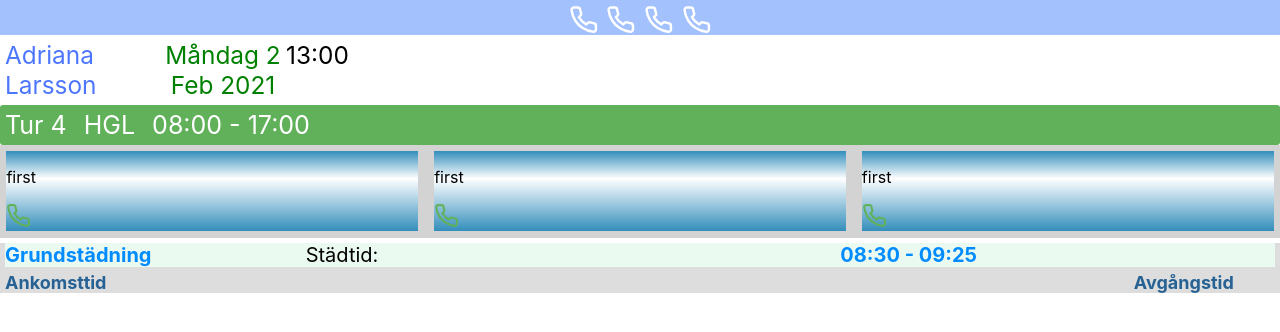
Repository: AdrianaLarsson/learning-react-adriana
Page: /
The author's editor kept a copy of each file at every save. The page is drawn from the files as they stood at one save, then again after a run of saves.
The browser window is 1280 px wide. The pictures show the whole page.
The project was rebuilt for these pictures with package versions that can differ from the ones it lists, and the page was loaded fresh each time. Also part of the build but not shown: src/components/pixiLearn/pixi-learning.js, src/components/pixiLearn/reactTimline/timelinegant.js.

Above is the page before, as saved 2021-02-18 09:13:44.

### src/App.js
import './App.css';
import PixiLearning from './components/pixiLearn/pixi-learning'
import TimeLineGant from './components/pixiLearn/reactTimline/timelinegant'
import SjWaypoint from './components/pixiLearn/waypoint-mobile/sjwaypiont'

function App() {
  return (
    <div className="App">
      <header className="App-header">
       {/*  <TimeLineGant/> */}

           {/*   <PixiLearning/> */}
           <SjWaypoint/>
      </header>
    </div>
  );
}

export default App;

### src/App.css


.navbar {
  background-color: #a2c1fd;
  height: 30px;
  padding-top: 5px;
  display: flex;
  flex-direction: column;
  align-items: center;
  font-size: calc(15px + 2vmin);
  color: white;
}
.box{
  background-color: #ffffff;
  height: 30px;
  padding-top: 5px;
  display: flex;
  flex-direction: column;
  align-items: center;
  font-size: calc(10px + 2vmin);
  color: rgb(0, 0, 0);
  display: inline;
  flex-direction: row;
}
.name{
  margin: 5px;
  text-align: start;
  display: inline-flex;
  color: rgb(77, 118, 255);
  width: 150px;
}
.date{
  padding: 3px;
  text-align: center;
  display: inline-flex;
  color: green;
  width: 120px;

}
.time{
  text-align: end;
  display: inline-block;
  color: black;
}
.nameonteam{
  display: inline;
  margin: 5px;
}

.teamname{
background-color: #61b15a;
color: white;
font-size: 25px;
border-radius: 3px;
}
.workposition{
  display: inline-flex;
  text-align: center;
  margin: 5px;

}
.timeteam{
  display: inline;
  margin: 5px;
  text-align: end;
}

.phone{
color: #61b15a;
  font-size: 25px;
}

.traininfo{
  background-color: rgb(221, 221, 221);
}
.activity{
  display: flex;
  border-width: 10ch;
  border-color: #61b15a;
  font-size: 20px;
  margin: 5px;
  color: rgb(0, 140, 255);
  background-color: rgb(235, 250, 240);

}

.activityname{
  text-align: start;
  font-weight: bold;
}
.cleantime{
  display: inline-block;
  width: 30%;
  text-align: center;
  color: black;
}
.cleantimestartend{
  display: inline-block;
  width: 35%;
  text-align: end;
  color: rgb(0, 140, 255);
  font-weight: bold;
}
.arrivaltime{
  display: inline-block;
  width: 48%;
  margin-left: 5px;
  text-align: start;
  color: rgb(38, 98, 148);
  font-weight: bold;
  font-size: 18px;

}
.departuretime{
  display: inline-block;
  width: 48%;
  text-align: end;
  color: rgb(38, 98, 148);
  font-weight: bold;
  font-size: 18px;

}

/* .App {
  text-align: center;
}

.App-logo {
  height: 40vmin;
  pointer-events: none;
}

@media (prefers-reduced-motion: no-preference) {
  .App-logo {
    animation: App-logo-spin infinite 20s linear;
  }
}

.App-header {
  background-color: #282c34;
  min-height: 100vh;
  display: flex;
  flex-direction: column;
  align-items: center;
  justify-content: center;
  font-size: calc(10px + 2vmin);
  color: white;
}

.App-link {
  color: #61dafb;
}

@keyframes App-logo-spin {
  from {
    transform: rotate(0deg);
  }
  to {
    transform: rotate(360deg);
  }
}
 */

### src/components/pixiLearn/waypoint-mobile/sjwaypiont.js
import React from 'react'
import Navbaren from './navbaren'
import BoxNameDayTime from './box-name-day-time'
import TeamName from './teamname'
import Perosnal from './perosnal'
import Traininfo from './trainsinfo'

function sjwaypiont() {
    return (
        <div>
          <Navbaren/>
            <BoxNameDayTime/>
            <TeamName/>
            <Perosnal/>
            <Traininfo/>
        </div>
    )
}

export default sjwaypiont

### src/components/pixiLearn/waypoint-mobile/navbaren.js
import React from 'react'
import { FiPhone } from "react-icons/fi";


function navbaren() {
    return (
      <div className="navbar">
          <div className="navbar-container container">
           <FiPhone /> <FiPhone /> <FiPhone /> <FiPhone />
          </div>

      </div>
    )
}

export default navbaren

### src/components/pixiLearn/waypoint-mobile/box-name-day-time.js
import React from 'react'
import Container from "react-bootstrap/Container";
import Row from "react-bootstrap/Row";
import Col from "react-bootstrap/Col"

function boxNameDayTime() {
    return (
<Container className="box">
  <Row>
    <Col className="name">Adriana Larsson </Col>
    <Col className="date"> Måndag 2 Feb 2021</Col>
    <Col className="time"> 13:00 </Col>
  </Row>
</Container>

    )
}

export default boxNameDayTime;

### src/components/pixiLearn/waypoint-mobile/teamname.js
import React from 'react'
import styled from 'styled-components';
import Container from "react-bootstrap/Container";
import Row from "react-bootstrap/Row";
import Col from "react-bootstrap/Col"


function teamName() {

const Box = styled.div`
background: #61b15a;
borderRadius: 20px;
height: 55px;
width:500px;
color: white;
font-size: 20px;
display: inline-flex;
text-align: center;
margin-right: 100px;
`
    return (
        <Container className="teamname">
        <Row>
          <Col className="nameonteam">Tur 4 </Col>
          <Col className="workposition"> HGL</Col>
          <Col className="timeteam"> 08:00 - 17:00 </Col>
        </Row>
      </Container>
    )
}

export default teamName

### src/components/pixiLearn/waypoint-mobile/perosnal.js
import React from 'react'
import styled from 'styled-components';
import { FiPhone } from "react-icons/fi";


function perosnal() {
    const EqualDivider = styled.div`
  display: flex;
  padding: 0.4rem;
  height: 80px;
  background: lightgrey;
  ${props => props.vertical && "flex-direction: column;"}

  > * {
    flex: 1;
     font-style:bold;
    &:not(:first-child) {
      ${props => props.vertical ? "margin-top" : "margin-left"}: 1rem;
    }
  }
`;

const Child = styled.div`

background: linear-gradient(#338EBC 0%, #ffffff 34.48%, #338EBC 100%);
`;

    return (
        <div>
        <EqualDivider>
          <Child><p>first</p>
          <FiPhone className="phone" />
          </Child>
          <Child><p>first</p>
          <FiPhone className="phone" />
          </Child>
          <Child><p>first</p>
          <FiPhone className="phone" />
          </Child>
        </EqualDivider>

        </div>
    )
}

export default perosnal;

### src/components/pixiLearn/waypoint-mobile/trainsinfo.js
import React from 'react'
import Container from "react-bootstrap/Container";
import Row from "react-bootstrap/Row";
import Col from "react-bootstrap/Col"



function trainsinfo() {
    return (

<Container className="traininfo">
  <Row className="activity">
    <Col className="activityname">Grundstädning </Col>
    <Col className="cleantime"> Städtid:</Col>
    <Col className="cleantimestartend"> 08:30 - 09:25</Col>
  </Row>
  <Row className="traininfodeparr">
      <Col className="arrivaltime">Ankomsttid </Col>
      <Col className="departuretime">Avgångstid </Col>
  </Row>
</Container>

    )
}

export default trainsinfo

Loaded but not shown: public/index.html (common file); src/index.js (common file); src/index.css (common file); src/reportWebVitals.js (common file)

After the next 5 saves:
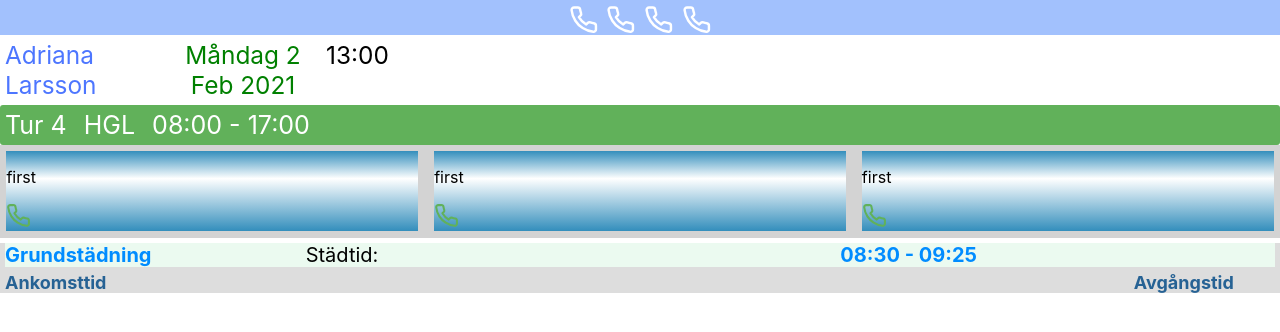
The 5 saves are shown as one change because they came seconds apart.
The last was saved 8 s later.
--- a/src/App.css
+++ b/src/App.css
@@ -34,7 +34,7 @@
   text-align: center;
   display: inline-flex;
   color: green;
-  width: 120px;
+  width: 160px;
 
 }
 .time{
